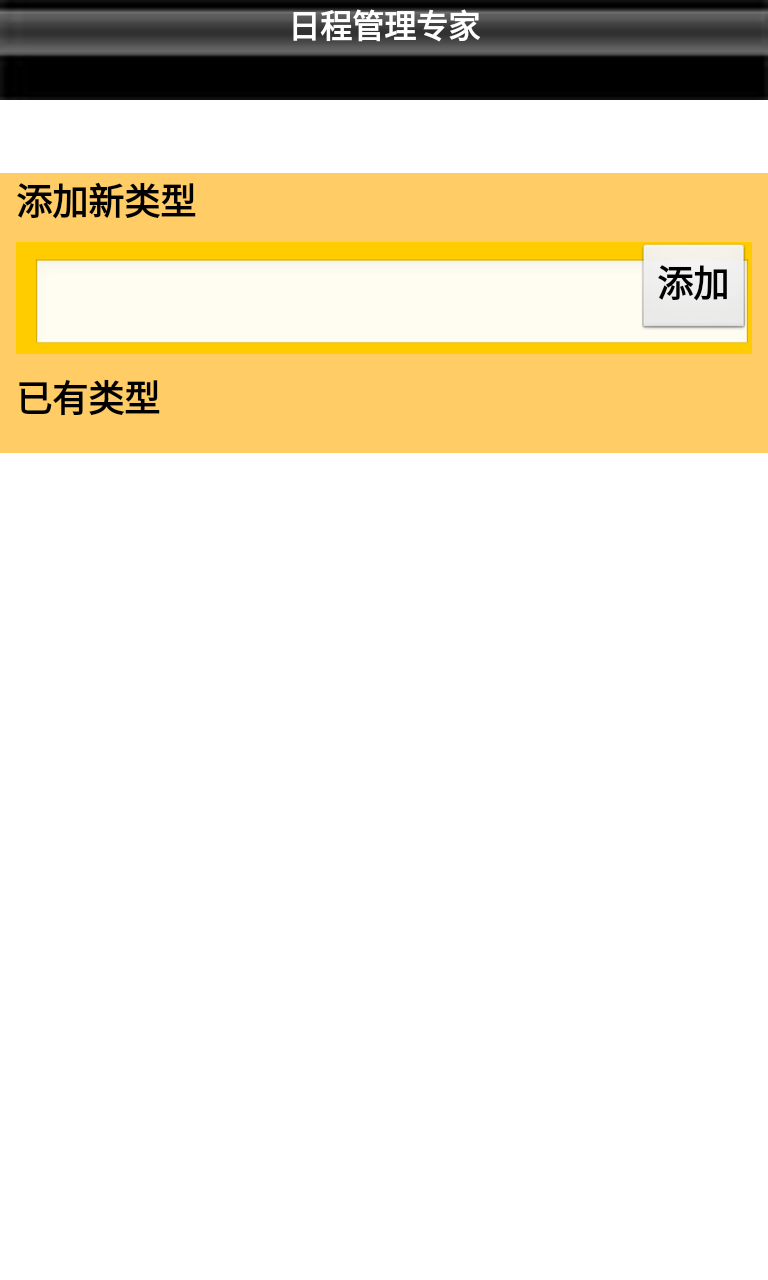
Repository: gogolaile/CoolWeather
Layout: DayDel/res/layout/add.xml
An editor plug-in stored every save of this project. The layout is shown before and after the next save, followed by the edit.
It is drawn on a 768 x 1280 px phone screen (xhdpi) without system bars, with theme android:Theme.NoTitleBar.Fullscreen; the app's code is not run. Lists and similar views that code fills are empty.

Above is the layout before, as saved 2015-12-05 09:35:14.

### DayDel/res/layout/add.xml
<LinearLayout xmlns:android="http://schemas.android.com/apk/res/android"
    android:layout_width="match_parent"
    android:layout_height="match_parent"
    android:background="#FFFF"
    android:orientation="vertical">

    <FrameLayout
        android:layout_width="match_parent"
        android:layout_height="50dp"
        android:background="@drawable/title">
    <TextView
        android:layout_width="wrap_content"
        android:layout_height="wrap_content"
        android:text="@string/day_manager"
        android:textSize="16sp"
        android:textColor="#FFFF"
        android:textStyle="bold"
        android:layout_gravity="center_horizontal"
        />
     </FrameLayout>
    <TextView
        android:layout_width="wrap_content"
        android:layout_height="wrap_content"
        android:text="@string/daytype_manage"
        android:textSize="18sp"
        android:textColor="#FFFF"
        android:textStyle="bold"
        android:layout_margin="5dp"/>
      <LinearLayout
          android:layout_width="match_parent"
          android:layout_height="wrap_content"
          android:orientation="vertical"
          android:background="#FFCC66">
        <TextView
           android:layout_width="wrap_content"
           android:layout_height="wrap_content"
           android:text="@string/add_new_type"
           android:textColor="#000"
           android:textStyle="bold"
           android:textSize="18sp"
           android:layout_marginLeft="8dp"
            />
             <RelativeLayout
                      android:layout_width="match_parent"
                      android:layout_height="wrap_content"
                      android:layout_margin="8dp"
                      android:background="#FFCC00">
                    <EditText
                        android:id="@+id/add_type_edit"
                        android:layout_width="match_parent"
                        android:layout_height="wrap_content"
                        android:textColor="#000"
                        android:textStyle="bold"
                        android:textSize="18sp"
                        android:layout_marginLeft="8dp"
                        android:layout_marginTop="8dp"/>
                    <Button
                        android:id="@+id/add_type_button"
                        android:layout_width="wrap_content"
                        android:layout_height="wrap_content"
                        android:text="@string/add"
                        android:gravity="end"
                        android:textColor="#000"
                        android:textStyle="bold"
                        android:textSize="18sp"
                        android:layout_alignParentRight="true"
                      />
                      </RelativeLayout>
     </LinearLayout>
           <LinearLayout
          android:layout_width="match_parent"
          android:layout_height="wrap_content"
          android:orientation="vertical"
          android:background="#FFCC66">
          <TextView
           android:layout_width="wrap_content"
           android:layout_height="wrap_content"
           android:text="@string/existing_type"
           android:textColor="#000"
           android:textStyle="bold"
           android:textSize="18sp"
           android:layout_marginLeft="8dp"
                 />
     <ListView
             android:layout_width="match_parent"
             android:layout_height="match_parent"
             android:background="#FFCC66"
             android:layout_marginLeft="5dp"
             android:layout_marginRight="5dp"
             android:layout_marginBottom="15dp">
     </ListView>
     </LinearLayout>
</LinearLayout>

### DayDel/res/values/strings.xml
<?xml version="1.0" encoding="utf-8"?>
<resources>

    <string name="app_name">DayDel</string>
    <string name="hello_world">Hello world!</string>
    <string name="action_settings">Settings</string>
    <string name="day_manager">日程管理专家</string>
    <string name="duty">已有日程</string>
    <string name="type">类型</string>
    <string name="theme">主题</string>
    <string name="remark">备注</string>
    <string name="add">添加</string>
    <string name="comeback">返回上一页</string>
    <string name="add_new_type">添加新类型</string>
    <string name="type_manager">类型管理</string>
    <string name="existing_type">已有类型</string>
    <string name="complete">完成</string>
    <string name="cancel">取消</string>
    <string name="set_the_alarm">设置闹钟</string>
    <string name="set_the_time">设置日期和时间</string>
    <string name="edit">更改</string>
    <string name="search">搜索</string>
    <string name="search_result">查找结果</string>
    <string name="limited_date_range">限定日期范围</string>
    <string name="conditions_search">按条件搜索</string>
    <string name="search_from">从指定类型中搜索</string>
    <string name="choose_all_type">选定以上所有类型</string>
    <string name="metting">会议</string>
    <string name="memo">备忘</string>
    <string name="date">约会</string>
    <string name="backlog">待办</string>
    <string name="date_changed">修改日程</string>
    <string name="date_build">新建日程</string>
    <string name="day">日期:2011/06/19</string>
    <string name="time">时间:08:00</string>
    <string name="alarm">闹钟:无闹钟</string>
    <string name="daytype_manage">日程类型管理</string>
</resources>

After the next save:
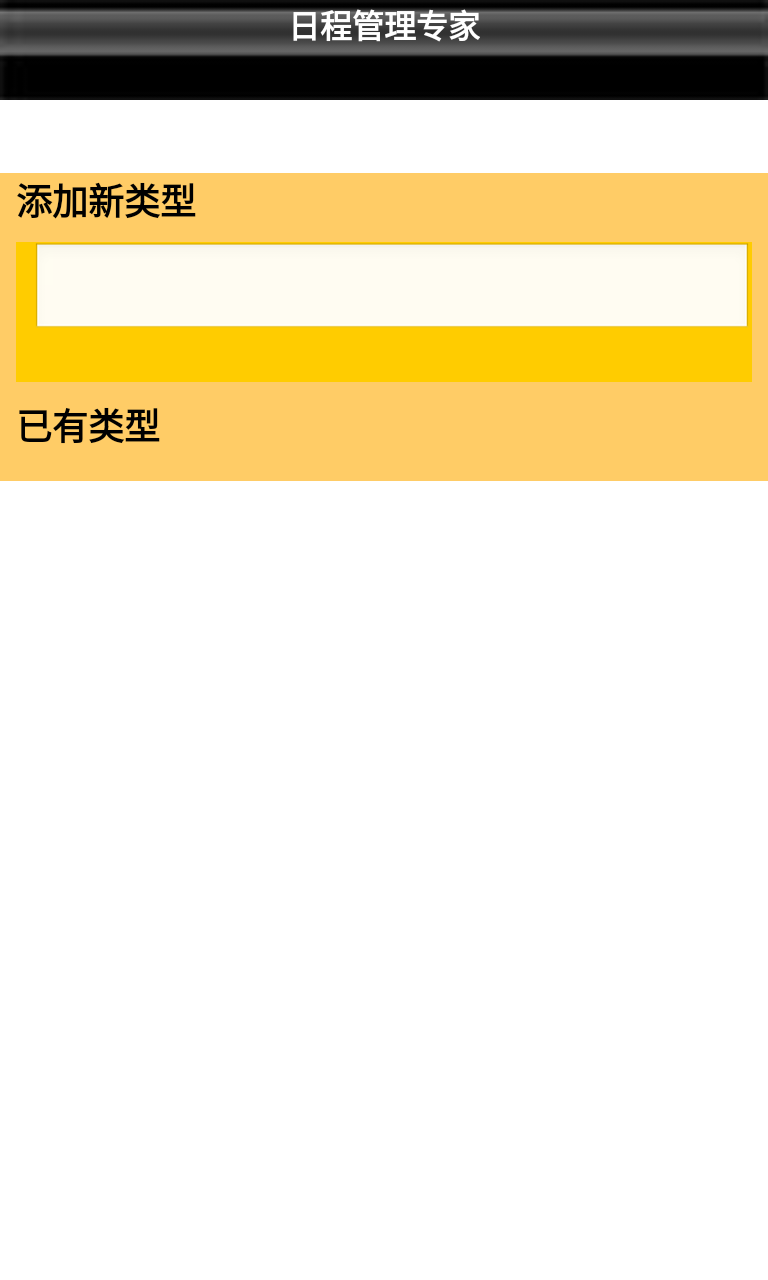
Saved 108 s later.
--- a/DayDel/res/layout/add.xml
+++ b/DayDel/res/layout/add.xml
@@ -40,7 +40,7 @@
            android:textSize="18sp"
            android:layout_marginLeft="8dp"
             />
-             <RelativeLayout
+             <LinearLayout
                       android:layout_width="match_parent"
                       android:layout_height="wrap_content"
                       android:layout_margin="8dp"
@@ -52,8 +52,7 @@
                         android:textColor="#000"
                         android:textStyle="bold"
                         android:textSize="18sp"
-                        android:layout_marginLeft="8dp"
-                        android:layout_marginTop="8dp"/>
+                        android:layout_marginLeft="8dp"/>
                     <Button
                         android:id="@+id/add_type_button"
                         android:layout_width="wrap_content"
@@ -65,7 +64,7 @@
                         android:textSize="18sp"
                         android:layout_alignParentRight="true"
                       />
-                      </RelativeLayout>
+              </LinearLayout>
      </LinearLayout>
            <LinearLayout
           android:layout_width="match_parent"
